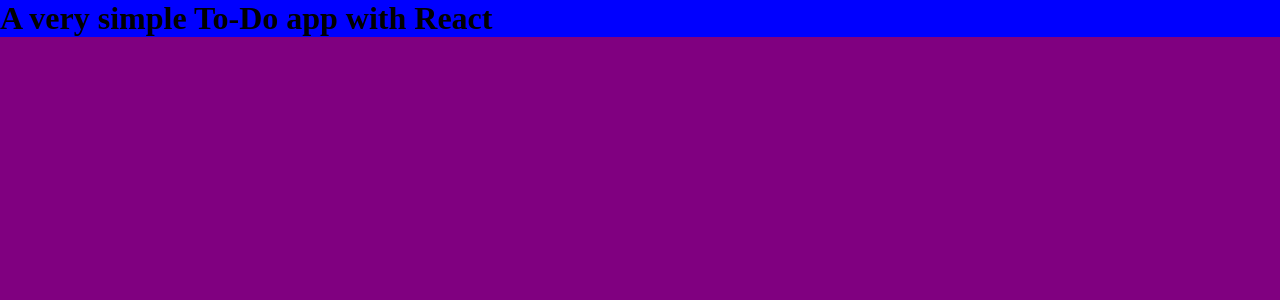
Repository: darioskpavoni/to-do-react
Page: /
These files come from the project's save history. The page is drawn as it stood at one moment and after the next save; the edit follows.
The browser window is 1280 px wide. The pictures show the whole page.
The project was rebuilt for these pictures with package versions that can differ from the ones it lists, and the page was loaded fresh each time. Also part of the build but not shown: vite.config.ts.

Above is the page before, as saved 2023-03-19 23:39:49.

After the next save:
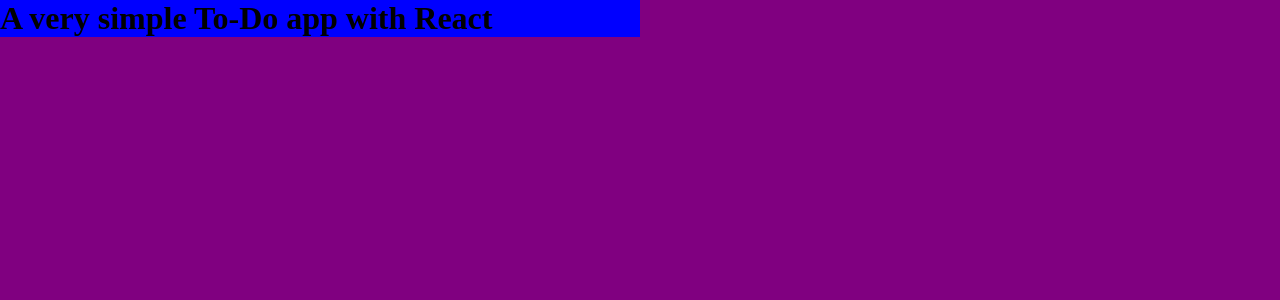
Saved 19 s later.
--- a/src/App.css
+++ b/src/App.css
@@ -1,5 +1,5 @@
 .App {
-  height: 50%;
-  width: 100%;
+  height: 100%;
+  width: 50%;
   background-color: blue;
 }
